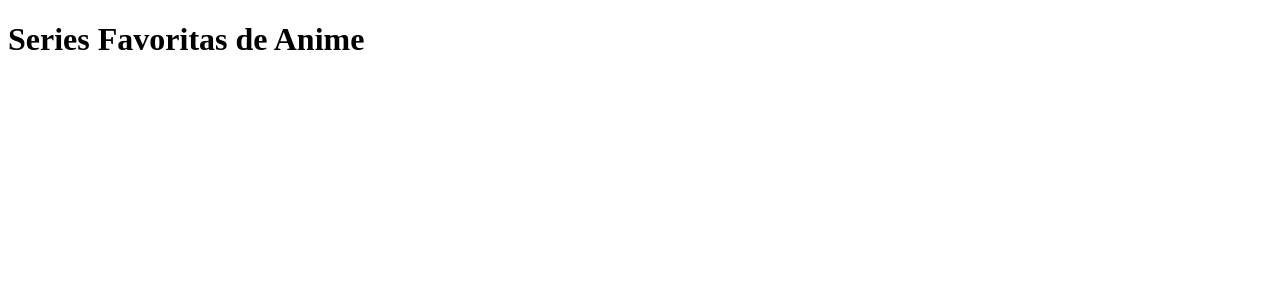
Repository: jhonenmanuel1/movies-get-info-fetch
Page: /
The author's editor kept a copy of each file at every save. The page is drawn from the files as they stood at one save, then again after the next save.
The browser window is 1280 px wide. The pictures show the whole page.
The project was rebuilt for these pictures with package versions that can differ from the ones it lists, and the page was loaded fresh each time. Also part of the build but not shown: src/App.css.

Above is the page before, as saved 2022-06-12 19:12:06.

After the next save:
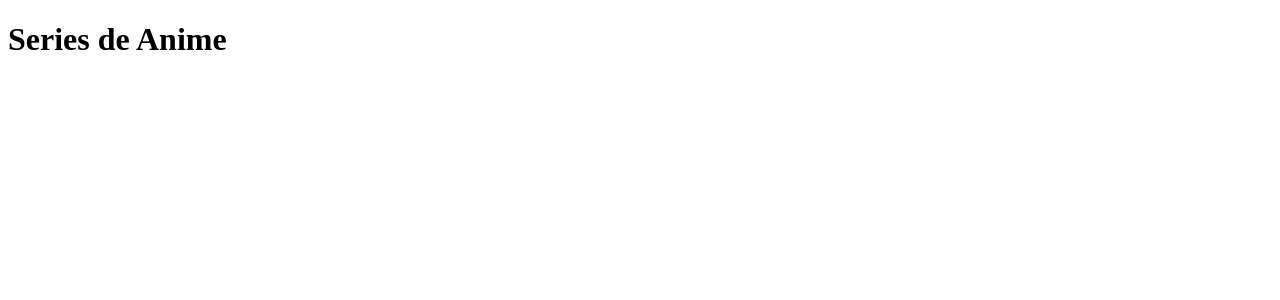
Saved 27 s later.
--- a/src/App.js
+++ b/src/App.js
@@ -2,17 +2,12 @@ import { useEffect, useState } from "react";
 import logo from "./logo.svg";
 import "./App.css";
 
-
-
-
-
 function App() {
-
-  return <>
-  <h1>Series Favoritas de Anime</h1>
-
-  </>
-
+  return (
+    <>
+      <h1>Series de Anime</h1>
+    </>
+  );
 }
 
 export default App;
